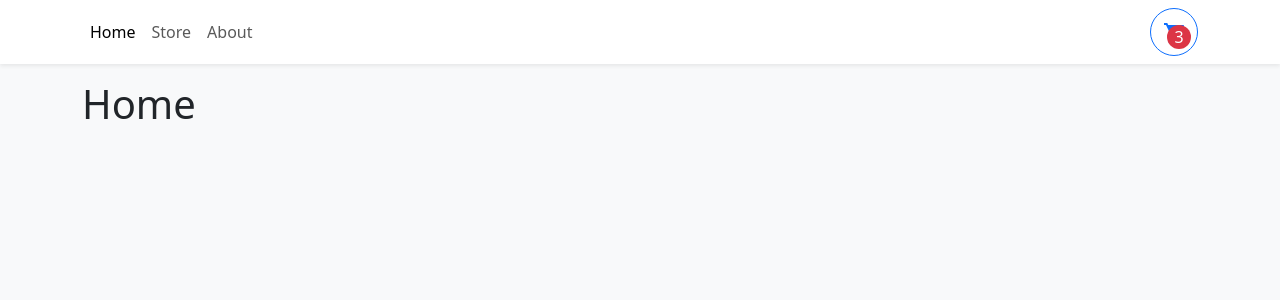
Repository: kurtveil/react-ecommerce
Page: /
These files come from the project's save history. The page is drawn as it stood at one moment and after the next save; the edit follows.
The browser window is 1280 px wide. The pictures show the whole page.
The project was rebuilt for these pictures with package versions that can differ from the ones it lists, and the page was loaded fresh each time. Also part of the build but not shown: vite.config.ts, src/pages/Store.tsx, src/pages/About.tsx.

Above is the page before, as saved 2023-07-12 21:45:27.

After the next save:
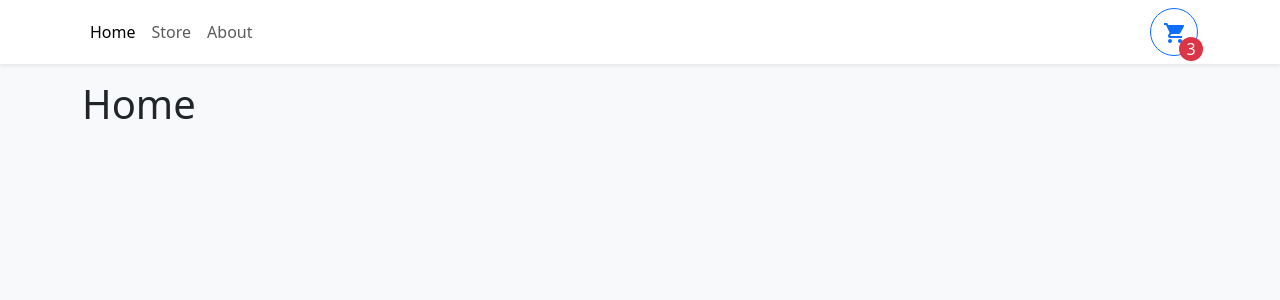
Saved 40 s later.
--- a/src/components/Navbar.tsx
+++ b/src/components/Navbar.tsx
@@ -26,7 +26,7 @@ export default function Navbar() {
                         position: "absolute",
                         bottom: 0,
                         right: 0 ,
-                        transform: "translate(-25%, -25%)"}}>3</div>
+                        transform: "translate(25%, 25%)"}}>3</div>
                 </Button>
             </Container>
         </NavbarBs>
